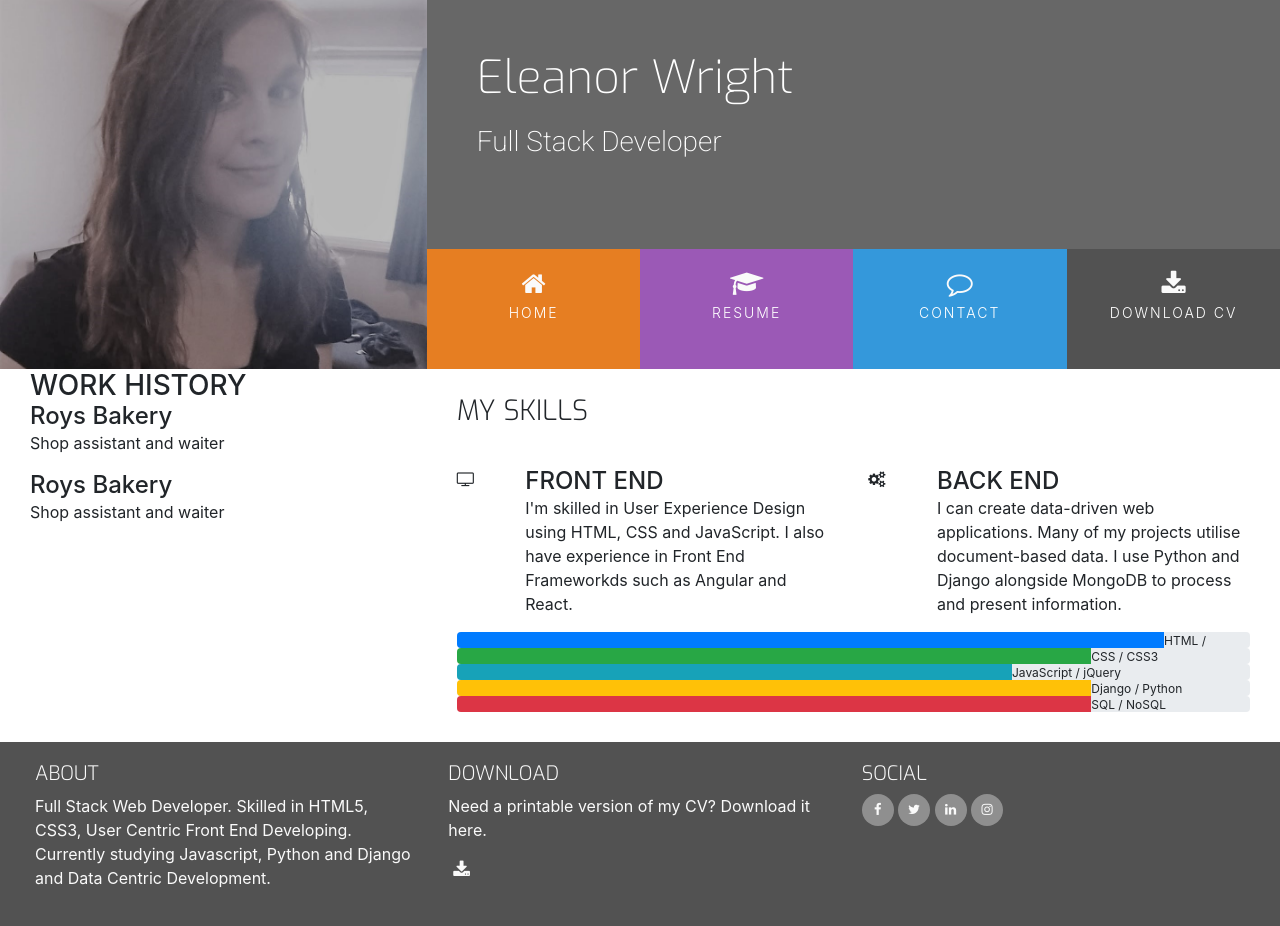
Repository: eleanorpro/resume
Page: resume.html
The author's editor kept a record of every edit. The page is drawn from the files as they stood at one moment, then again after the next edit.
The browser window is 1280 px wide. The pictures show the whole page.
Some web libraries are served in a nearby version.

Above is the page before.

After the next edit:
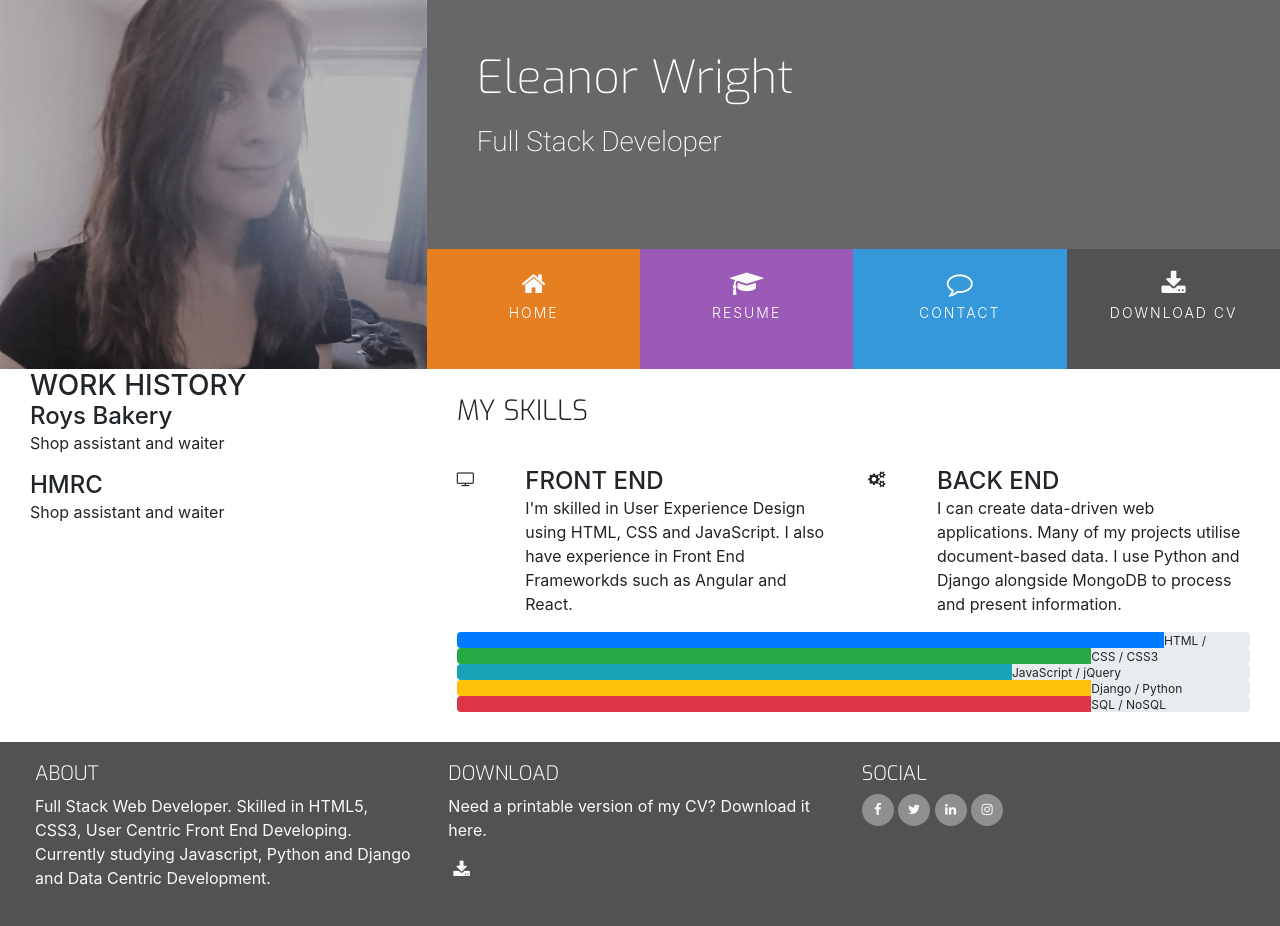
The edit:
--- a/resume.html
+++ b/resume.html
@@ -58,8 +58,8 @@
                     <h4>Roys Bakery</h4>
                     <p>Shop assistant and waiter</p>
                 </div>
-                <div class="timeline-item" data-dates="10/2008 - /2008">
-                    <h4>Roys Bakery</h4>
+                <div class="timeline-item" data-dates="11/2008 - 07/2017">
+                    <h4>HMRC</h4>
                     <p>Shop assistant and waiter</p>
                 </div>
             </div>
